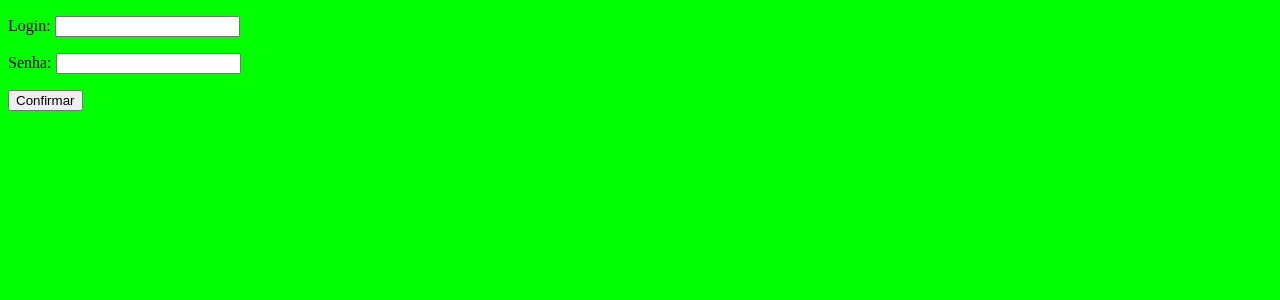
Repository: SullyvanMoura/Arquitetura-de-Software-2022.2
Page: primeiros_testes_web/primeiroprojeto/src/main/webapp/login.html
These files come from the project's save history. The page is drawn as it stood at one moment and after the next save; the edit follows.
The browser window is 1280 px wide. The pictures show the whole page.

Above is the page before, as saved 2022-11-18 15:46:46.

### primeiros_testes_web/primeiroprojeto/src/main/webapp/login.html
<!DOCTYPE html>
<html>
<head>
<meta charset="ISO-8859-1">
<title>Login</title>
</head>
<body style='background-color: lime;'>

<form action="./welcome.html" method= 'get'>

	<p> Login: <input type="text" name="login"> </p>
	<p> Senha: <input type='password' name='senha'> </p>

	<input type='submit' value='Confirmar'>

</form>

</body>
</html>

After the next save:
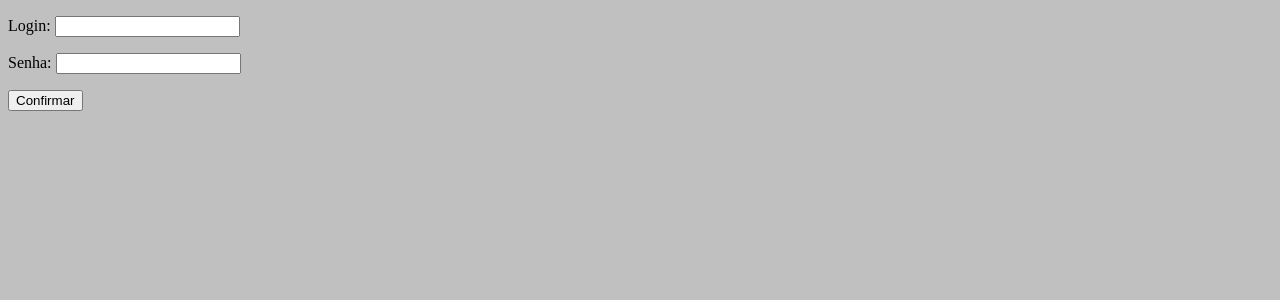
Saved 11 s later.
--- a/primeiros_testes_web/primeiroprojeto/src/main/webapp/login.html
+++ b/primeiros_testes_web/primeiroprojeto/src/main/webapp/login.html
@@ -4,7 +4,7 @@
 <meta charset="ISO-8859-1">
 <title>Login</title>
 </head>
-<body style='background-color: lime;'>
+<body style='background-color: silver;'>
 
 <form action="./welcome.html" method= 'get'>
 
